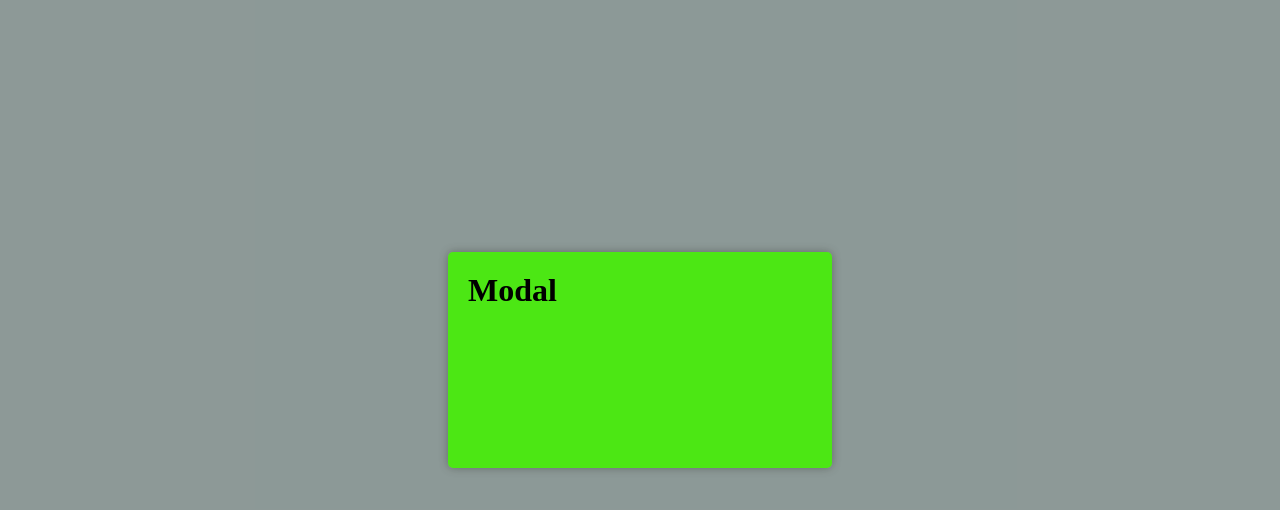
Repository: Soab42/portfolio
Page: /modal
The author's editor kept a copy of each file at every save. The page is drawn from the files as they stood at one save, then again after the next save.
The browser window is 1280 px wide. The pictures show the whole page.
The project was rebuilt for these pictures with package versions that can differ from the ones it lists, and the page was loaded fresh each time. The framework's server and built-in components were replaced by stand-ins that run in the browser. Also part of the build but not shown: next.config.js.

Above is the page before, as saved 2023-10-09 15:26:04.

### app/layout.js
import "./globals.css";

export const metadata = {
  title: "syfuddhin",
  description: "Portfolio application for Soab Mahmud Syfuddhin",
};

export default function RootLayout({ children }) {
  return (
    <html lang="en">
      <body>{children}</body>
    </html>
  );
}

### app/modal/page.js
import Modal from "@/components/Modal";
import React from "react";

export default function page() {
  const component = <h1>Modal</h1>;
  return (
    <div>
      <Modal>{component}</Modal>
    </div>
  );
}

### app/globals.css
:root {
  --max-width: 1100px;
  --border-radius: 12px;
  --font-mono: ui-monospace, Menlo, Monaco, "Cascadia Mono", "Segoe UI Mono",
    "Roboto Mono", "Oxygen Mono", "Ubuntu Monospace", "Source Code Pro",
    "Fira Mono", "Droid Sans Mono", "Courier New", monospace;

  --foreground-rgb: 0, 0, 0;
  --background-start-rgb: 214, 219, 220;
  --background-end-rgb: 255, 255, 255;

  --primary-glow: conic-gradient(
    from 180deg at 50% 50%,
    #16abff33 0deg,
    #0885ff33 55deg,
    #54d6ff33 120deg,
    #0071ff33 160deg,
    transparent 360deg
  );
  --secondary-glow: radial-gradient(
    rgba(255, 255, 255, 1),
    rgba(255, 255, 255, 0)
  );

  --tile-start-rgb: 239, 245, 249;
  --tile-end-rgb: 228, 232, 233;
  --tile-border: conic-gradient(
    #00000080,
    #00000040,
    #00000030,
    #00000020,
    #00000010,
    #00000010,
    #00000080
  );

  --callout-rgb: 238, 240, 241;
  --callout-border-rgb: 172, 175, 176;
  --card-rgb: 180, 185, 188;
  --card-border-rgb: 131, 134, 135;
}

@media (prefers-color-scheme: dark) {
  :root {
    --foreground-rgb: 255, 255, 255;
    --background-start-rgb: 0, 0, 0;
    --background-end-rgb: 0, 0, 0;

    --primary-glow: radial-gradient(rgba(1, 65, 255, 0.4), rgba(1, 65, 255, 0));
    --secondary-glow: linear-gradient(
      to bottom right,
      rgba(1, 65, 255, 0),
      rgba(1, 65, 255, 0),
      rgba(1, 65, 255, 0.3)
    );

    --tile-start-rgb: 2, 13, 46;
    --tile-end-rgb: 2, 5, 19;
    --tile-border: conic-gradient(
      #ffffff80,
      #ffffff40,
      #ffffff30,
      #ffffff20,
      #ffffff10,
      #ffffff10,
      #ffffff80
    );

    --callout-rgb: 20, 20, 20;
    --callout-border-rgb: 108, 108, 108;
    --card-rgb: 100, 100, 100;
    --card-border-rgb: 200, 200, 200;
  }
}

* {
  box-sizing: border-box;
  padding: 0;
  margin: 0;
}

html,
body {
  max-width: 100vw;
  overflow-x: hidden;
  position: relative;
}

body {
  color: rgb(var(--foreground-rgb));
  background: linear-gradient(
      to bottom,
      transparent,
      rgb(var(--background-end-rgb))
    )
    rgb(var(--background-start-rgb));
}

a {
  color: inherit;
  text-decoration: none;
}

@media (prefers-color-scheme: dark) {
  html {
    color-scheme: dark;
  }
}

.modal {
  display: flex;
  justify-content: center;
  align-items: center;
  background: #31494272;
  position: fixed;
  top: 0;
  bottom: 0;
  right: 0;
  left: 0;
}
.modal-content {
  position: absolute;
  top: 50%;
  left: 50%;
  width: fit-content;
  min-width: 30%;
  min-height: 30%;
  transform: translate(-50%, -50%);
  background-color: #4ce714fe;
  padding: 20px;
  border-radius: 5px;
  box-shadow: 0px 0px 10px rgba(0, 0, 0, 0.3);
}

### components/Modal.js
import React from "react";

export default function Modal({ children }) {
  return (
    <div className="modal">
      <div className="modal-content">{children}</div>
    </div>
  );
}

After the next save:
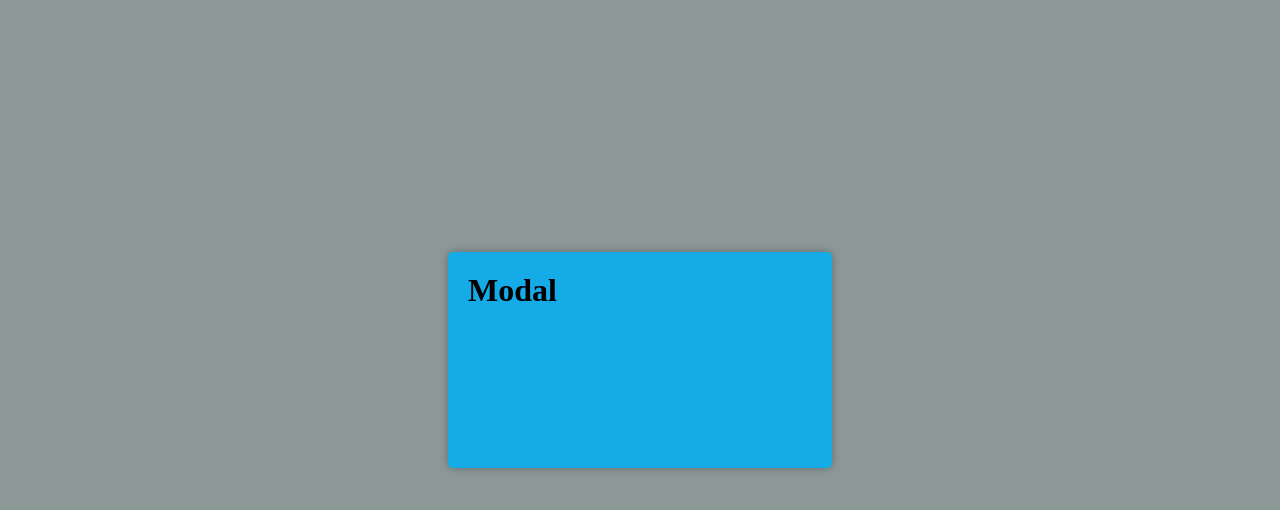
Saved 5 s later.
--- a/app/globals.css
+++ b/app/globals.css
@@ -126,7 +126,7 @@ a {
   min-width: 30%;
   min-height: 30%;
   transform: translate(-50%, -50%);
-  background-color: #4ce714fe;
+  background-color: #14abe7fe;
   padding: 20px;
   border-radius: 5px;
   box-shadow: 0px 0px 10px rgba(0, 0, 0, 0.3);
